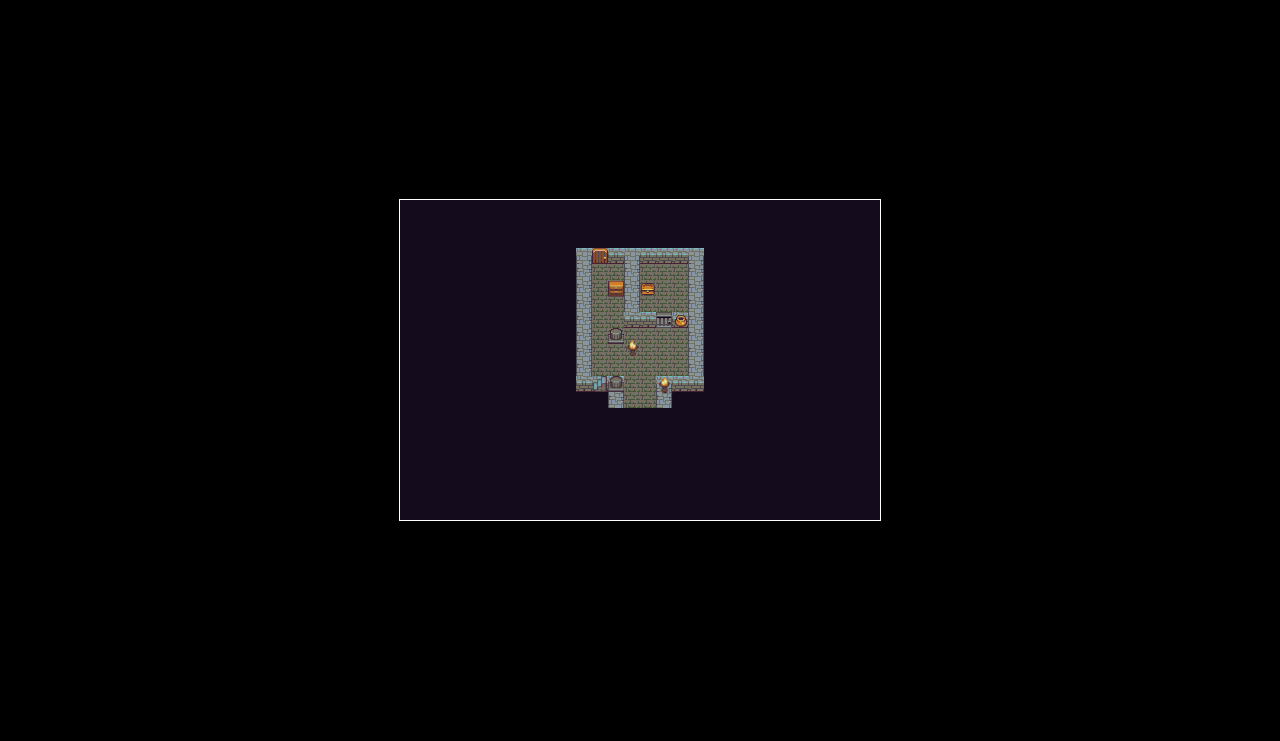
Repository: Arifindepayjr1/RPG_GAMES
Page: / (app in pixel2d_game/)
These files come from the project's save history. The page is drawn as it stood at one moment and after the next save; the edit follows.
The browser window is 1280 px wide. The pictures show the whole page.
The project was rebuilt for these pictures with package versions that can differ from the ones it lists, and the page was loaded fresh each time. Also part of the build but not shown: pixel2d_game/vite.config.js.

Above is the page before, as saved 2025-03-19 00:22:19.

After the next save:
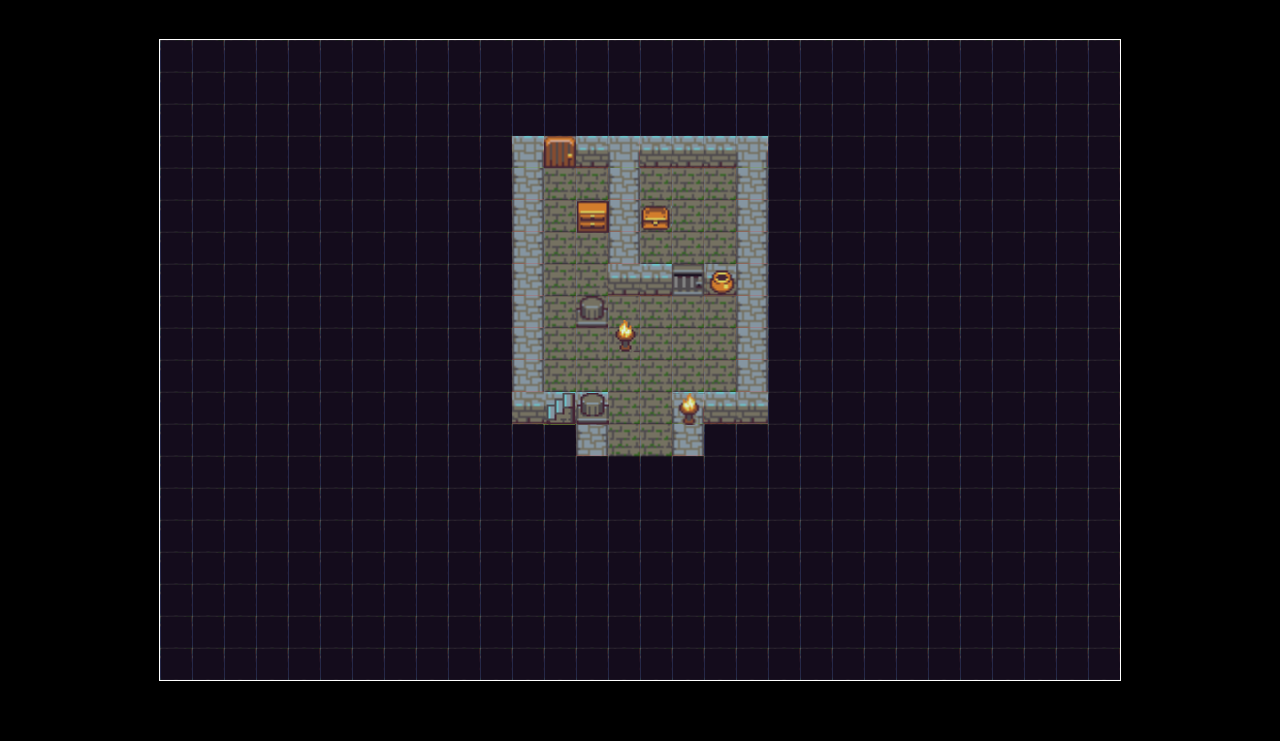
Saved 4 min 24 s later.
--- a/pixel2d_game/src/component/tilemap3.jsx
+++ b/pixel2d_game/src/component/tilemap3.jsx
@@ -1,11 +1,11 @@
 import React, { useEffect, useRef, useMemo } from 'react';
-import tilemapImage from "./asset/assets/tilemap1asset.png";
+import tilemapImage from "./asset/assets/tilemap1asset.png"; // Ensure this matches your asset path
 
 const Tilemap3 = () => {
   const canvasRef = useRef(null);
-  const TILE_SIZE = 16;
+  const TILE_SIZE = 32; // Output size on canvas (scaled up from 16x16 tiles)
 
-const rawMap = [
+  const rawMap = [
     23, 23, 23, 23, 23, 23, 23, 23, 23, 23, 23, 23, 23, 23, 23, 23, 23, 23, 23, 23, 23, 23, 23, 23, 23, 23, 23, 23, 23, 23,
     23, 23, 23, 23, 23, 23, 23, 23, 23, 23, 23, 23, 23, 23, 23, 23, 23, 23, 23, 23, 23, 23, 23, 23, 23, 23, 23, 23, 23, 23,
     23, 23, 23, 23, 23, 23, 23, 23, 23, 23, 23, 23, 23, 23, 23, 23, 23, 23, 23, 23, 23, 23, 23, 23, 23, 23, 23, 23, 23, 23,
@@ -75,32 +75,35 @@ const rawMap = [
         return;
       }
 
+      // Step 1: Draw the base layer
       for (let row = 0; row < 20; row++) {
         for (let col = 0; col < 30; col++) {
           const tileId = baseLayer[row][col];
-          const tilePos = tilePositions[tileId] || tilePositions[15];
+          const tilePos = tilePositions[tileId] || tilePositions[15]; // Default to grass
           ctx.drawImage(
             tileset,
-            tilePos.x, tilePos.y,
-            TILE_SIZE, TILE_SIZE,
-            col * TILE_SIZE, row * TILE_SIZE,
-            TILE_SIZE, TILE_SIZE
+            tilePos.x, tilePos.y, // Source x, y (16x16 tiles)
+            16, 16,               // Source width, height
+            col * TILE_SIZE, row * TILE_SIZE, // Destination x, y
+            TILE_SIZE, TILE_SIZE  // Destination width, height (scaled to 32x32)
           );
         }
       }
 
+      // Step 2: Draw the object layer
       objects.forEach(obj => {
         if (obj.visible) {
           const tilePos = tilePositions[obj.gid];
           if (tilePos) {
-            const x = Math.floor(obj.x / TILE_SIZE) * TILE_SIZE + (obj.x % TILE_SIZE);
-            const y = Math.floor(obj.y / TILE_SIZE) * TILE_SIZE + (obj.y % TILE_SIZE);
+            // Scale object coordinates from 16x16 grid to 32x32 grid
+            const x = (obj.x / 16) * TILE_SIZE; // Convert pixel coords to scaled coords
+            const y = (obj.y / 16) * TILE_SIZE;
             ctx.drawImage(
               tileset,
-              tilePos.x, tilePos.y,
-              TILE_SIZE, TILE_SIZE,
-              x, y,
-              TILE_SIZE, TILE_SIZE
+              tilePos.x, tilePos.y, // Source x, y
+              16, 16,               // Source width, height
+              x, y,                 // Destination x, y (scaled)
+              TILE_SIZE, TILE_SIZE  // Destination width, height (scaled to 32x32)
             );
           }
         }
@@ -115,14 +118,19 @@ const rawMap = [
 
   return (
     <div>
-      <canvas ref={canvasRef} width={480} height={320}  style={{
-        position: "absolute",
-        top: "50%",
-        left: "50%",
-        transform: "translate(-50%, -50%)",
-        border: "1px solid white",
-        background: "gray", // Fallback background
-      }} />
+      <canvas
+        ref={canvasRef}
+        width={960}  // 30 tiles * 32px
+        height={640} // 20 tiles * 32px
+        style={{
+          position: "absolute",
+          top: "50%",
+          left: "50%",
+          transform: "translate(-50%, -50%)",
+          border: "1px solid white",
+          background: "gray", // Fallback background
+        }}
+      />
     </div>
   );
 };
